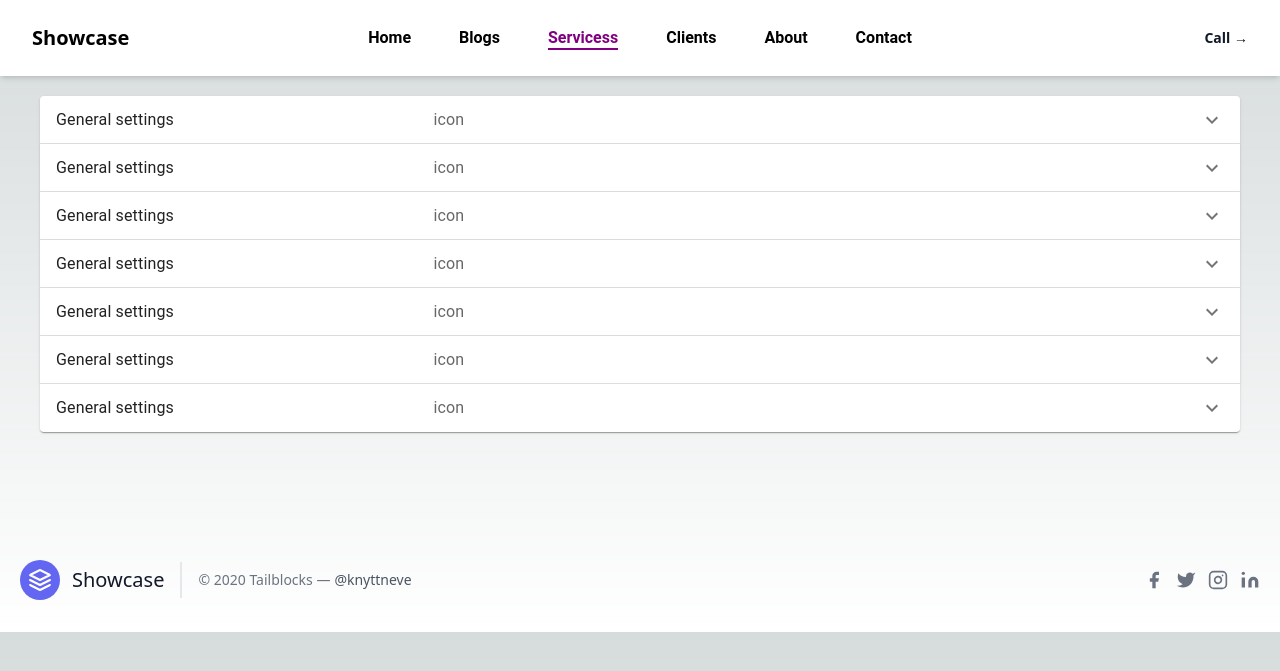
Repository: prashant523580/showcase
Page: /services
These files come from the project's save history. The page is drawn as it stood at one moment and after the next save; the edit follows.
The browser window is 1280 px wide. The pictures show the whole page.
The project was rebuilt for these pictures with package versions that can differ from the ones it lists, and the page was loaded fresh each time. The framework's server and built-in components were replaced by stand-ins that run in the browser. Also part of the build but not shown: next.config.js.

Above is the page before, as saved 2023-03-25 17:55:21.

### src/pages/_app.tsx
import Footer from '@/components/Footer'
import Navbar from '@/components/Navbar'
import React from "react";
import '@/styles/globals.css'
import type { AppProps } from 'next/app'
import AOS from "aos";
import "aos/dist/aos.css"
export default function App({ Component, pageProps }: AppProps) {
  React.useEffect(()=>{
      AOS.init()
  },[])
  return(
<>
    <Navbar/>
    <Component {...pageProps} />
    <Footer/>
</>
    )
}

### src/pages/services.tsx
import * as React from 'react';
import Accordion from '@mui/material/Accordion';
import AccordionDetails from '@mui/material/AccordionDetails';
import AccordionSummary from '@mui/material/AccordionSummary';
import Typography from '@mui/material/Typography';
import ExpandMoreIcon from '@mui/icons-material/ExpandMore';
const services = [
    {
        id:"1",
        label: "What is Lorem Ipsum?",
        icon:"icon",
        description:"Lorem Ipsum is simply dummy text of the printing and typesetting industry. Lorem Ipsum has been the industry&apos;s standard dummy text ever since the 1500s, when an unknown printer took a galley of type and scrambled it to make a type specimen book. It has survived not only five centuries, but also the leap into electronic typesetting, remaining essentially unchanged. It was popularised in the 1960s with the release of Letraset sheets containing Lorem Ipsum passages, and more recently with desktop publishing software like Aldus PageMaker including versions of Lorem Ipsum."
    },
    {
        id:"2",
        label: "What is Lorem Ipsum?",
        icon:"icon",
        description:"Lorem Ipsum is simply dummy text of the printing and typesetting industry. Lorem Ipsum has been the industry&apos;s standard dummy text ever since the 1500s, when an unknown printer took a galley of type and scrambled it to make a type specimen book. It has survived not only five centuries, but also the leap into electronic typesetting, remaining essentially unchanged. It was popularised in the 1960s with the release of Letraset sheets containing Lorem Ipsum passages, and more recently with desktop publishing software like Aldus PageMaker including versions of Lorem Ipsum."
    },
    {
        id:"3",
        label: "What is Lorem Ipsum?",
        icon:"icon",
        description:"Lorem Ipsum is simply dummy text of the printing and typesetting industry. Lorem Ipsum has been the industry&apos;s standard dummy text ever since the 1500s, when an unknown printer took a galley of type and scrambled it to make a type specimen book. It has survived not only five centuries, but also the leap into electronic typesetting, remaining essentially unchanged. It was popularised in the 1960s with the release of Letraset sheets containing Lorem Ipsum passages, and more recently with desktop publishing software like Aldus PageMaker including versions of Lorem Ipsum."
    },
    {
        id:"4",
        label: "What is Lorem Ipsum?",
        icon:"icon",
        description:"Lorem Ipsum is simply dummy text of the printing and typesetting industry. Lorem Ipsum has been the industry&apos;s standard dummy text ever since the 1500s, when an unknown printer took a galley of type and scrambled it to make a type specimen book. It has survived not only five centuries, but also the leap into electronic typesetting, remaining essentially unchanged. It was popularised in the 1960s with the release of Letraset sheets containing Lorem Ipsum passages, and more recently with desktop publishing software like Aldus PageMaker including versions of Lorem Ipsum."
    },
    {
        id:"5",
        label: "What is Lorem Ipsum?",
        icon:"icon",
        description:"Lorem Ipsum is simply dummy text of the printing and typesetting industry. Lorem Ipsum has been the industry&apos;s standard dummy text ever since the 1500s, when an unknown printer took a galley of type and scrambled it to make a type specimen book. It has survived not only five centuries, but also the leap into electronic typesetting, remaining essentially unchanged. It was popularised in the 1960s with the release of Letraset sheets containing Lorem Ipsum passages, and more recently with desktop publishing software like Aldus PageMaker including versions of Lorem Ipsum."
    },
    {
        id:"6",
        label: "What is Lorem Ipsum?",
        icon:"icon",
        description:"Lorem Ipsum is simply dummy text of the printing and typesetting industry. Lorem Ipsum has been the industry&apos;s standard dummy text ever since the 1500s, when an unknown printer took a galley of type and scrambled it to make a type specimen book. It has survived not only five centuries, but also the leap into electronic typesetting, remaining essentially unchanged. It was popularised in the 1960s with the release of Letraset sheets containing Lorem Ipsum passages, and more recently with desktop publishing software like Aldus PageMaker including versions of Lorem Ipsum."
    },
    {
        id:"7",
        label: "What is Lorem Ipsum?",
        icon:"icon",
        description:"Lorem Ipsum is simply dummy text of the printing and typesetting industry. Lorem Ipsum has been the industry&apos;s standard dummy text ever since the 1500s, when an unknown printer took a galley of type and scrambled it to make a type specimen book. It has survived not only five centuries, but also the leap into electronic typesetting, remaining essentially unchanged. It was popularised in the 1960s with the release of Letraset sheets containing Lorem Ipsum passages, and more recently with desktop publishing software like Aldus PageMaker including versions of Lorem Ipsum."
    },
]
export default function Sercices() {
  const [expanded, setExpanded] = React.useState<string | false>(false);

  const handleChange =
    (panel: string) => (event: React.SyntheticEvent, isExpanded: boolean) => {
      setExpanded(isExpanded ? panel : false);
    };

  return (
    <div className='py-24 px-10'>
        {
            services.map((service,ind) => {
                return(

                <Accordion expanded={expanded === `panel${ind}`} onChange={handleChange(`panel${ind}`)}>
                    <AccordionSummary
                    expandIcon={<ExpandMoreIcon />}
                    aria-controls="panel1bh-content"
                    id="panel1bh-header"
                    >
                    <Typography sx={{ width: '33%', flexShrink: 0 }}>
                        General settings
                    </Typography>
                    <Typography sx={{ color: 'text.secondary' }}>{service.icon}</Typography>
                    </AccordionSummary>
                    <AccordionDetails>
                    <Typography>
                       {service.description}
                    </Typography>
                    </AccordionDetails>
                </Accordion>
                )
            })
        }

    </div>
  );
}

### src/components/Footer.tsx
import React from 'react'

export default function Footer() {
  return (
    <footer className="text-gray-600 body-font">
  <div className="container px-5 py-8 mx-auto flex items-center sm:flex-row flex-col">
    <a className="flex title-font font-medium items-center md:justify-start justify-center text-gray-900">
      <svg xmlns="http://www.w3.org/2000/svg" fill="none" stroke="currentColor" stroke-linecap="round" stroke-linejoin="round" stroke-width="2" className="w-10 h-10 text-white p-2 bg-indigo-500 rounded-full" viewBox="0 0 24 24">
        <path d="M12 2L2 7l10 5 10-5-10-5zM2 17l10 5 10-5M2 12l10 5 10-5"></path>
      </svg>
      <span className="ml-3 text-xl">Showcase</span>
    </a>
    <p className="text-sm text-gray-500 sm:ml-4 sm:pl-4 sm:border-l-2 sm:border-gray-200 sm:py-2 sm:mt-0 mt-4">© 2020 Tailblocks —
      <a href="https://twitter.com/knyttneve" className="text-gray-600 ml-1" rel="noopener noreferrer" target="_blank">@knyttneve</a>
    </p>
    <span className="inline-flex sm:ml-auto sm:mt-0 mt-4 justify-center sm:justify-start">
      <a className="text-gray-500">
        <svg fill="currentColor" stroke-linecap="round" stroke-linejoin="round" stroke-width="2" className="w-5 h-5" viewBox="0 0 24 24">
          <path d="M18 2h-3a5 5 0 00-5 5v3H7v4h3v8h4v-8h3l1-4h-4V7a1 1 0 011-1h3z"></path>
        </svg>
      </a>
      <a className="ml-3 text-gray-500">
        <svg fill="currentColor" stroke-linecap="round" stroke-linejoin="round" stroke-width="2" className="w-5 h-5" viewBox="0 0 24 24">
          <path d="M23 3a10.9 10.9 0 01-3.14 1.53 4.48 4.48 0 00-7.86 3v1A10.66 10.66 0 013 4s-4 9 5 13a11.64 11.64 0 01-7 2c9 5 20 0 20-11.5a4.5 4.5 0 00-.08-.83A7.72 7.72 0 0023 3z"></path>
        </svg>
      </a>
      <a className="ml-3 text-gray-500">
        <svg fill="none" stroke="currentColor" stroke-linecap="round" stroke-linejoin="round" stroke-width="2" className="w-5 h-5" viewBox="0 0 24 24">
          <rect width="20" height="20" x="2" y="2" rx="5" ry="5"></rect>
          <path d="M16 11.37A4 4 0 1112.63 8 4 4 0 0116 11.37zm1.5-4.87h.01"></path>
        </svg>
      </a>
      <a className="ml-3 text-gray-500">
        <svg fill="currentColor" stroke="currentColor" stroke-linecap="round" stroke-linejoin="round" stroke-width="0" className="w-5 h-5" viewBox="0 0 24 24">
          <path stroke="none" d="M16 8a6 6 0 016 6v7h-4v-7a2 2 0 00-2-2 2 2 0 00-2 2v7h-4v-7a6 6 0 016-6zM2 9h4v12H2z"></path>
          <circle cx="4" cy="4" r="2" stroke="none"></circle>
        </svg>
      </a>
    </span>
  </div>
</footer>
  )
}

### src/components/Navbar.tsx
// import React from 'react'

// export default function Navbar() {
//   return (
//     <header className="text-gray-600 body-font">
//   <div className="container mx-auto flex flex-wrap p-5 flex-col md:flex-row items-center">
//     <nav className="flex lg:w-2/5 flex-wrap items-center text-base md:ml-auto">
//       <a className="mr-5 hover:text-gray-900">First Link</a>
//       <a className="mr-5 hover:text-gray-900">Second Link</a>
//       <a className="mr-5 hover:text-gray-900">Third Link</a>
//       <a className="hover:text-gray-900">Fourth Link</a>
//     </nav>
//     <a className="flex order-first lg:order-none lg:w-1/5 title-font font-medium items-center text-gray-900 lg:items-center lg:justify-center mb-4 md:mb-0">
//       <svg xmlns="http://www.w3.org/2000/svg" fill="none" stroke="currentColor" stroke-linecap="round" stroke-linejoin="round" stroke-width="2" className="w-10 h-10 text-white p-2 bg-indigo-500 rounded-full" viewBox="0 0 24 24">
//         <path d="M12 2L2 7l10 5 10-5-10-5zM2 17l10 5 10-5M2 12l10 5 10-5"></path>
//       </svg>
//       <span className="ml-3 text-xl">Tailblocks</span>
//     </a>
//     <div className="lg:w-2/5 inline-flex lg:justify-end ml-5 lg:ml-0">
//       <button className="inline-flex items-center bg-gray-100 border-0 py-1 px-3 focus:outline-none hover:bg-gray-200 rounded text-base mt-4 md:mt-0">Button
//         <svg fill="none" stroke="currentColor" stroke-linecap="round" stroke-linejoin="round" stroke-width="2" className="w-4 h-4 ml-1" viewBox="0 0 24 24">
//           <path d="M5 12h14M12 5l7 7-7 7"></path>
//         </svg>
//       </button>
//     </div>
//   </div>
// </header>
//   )
// }
import React, { useState } from 'react'
import {useRouter} from "next/router"
import { Dialog } from '@headlessui/react'
import { Bars3Icon, XMarkIcon } from '@heroicons/react/24/outline'
import Link from 'next/link'

const navigation = [
  { name: 'Home', href: '/' },
  { name: 'Blogs', href: '/blogs' },
  { name: 'Servicess', href: '/services' },
  { name: 'Clients', href: '/clients' },
  { name: 'About', href: '/about' },
  { name: 'Contact', href: '/contact' },
]
function ActiveLink({ children, href } : any) {
  const router = useRouter();
  const style = {
      // padding: 10,
    // marginRight: 10,
    fontWeight:"bold",
    color: router.asPath === href ? 'purple' : 'black',
    boxShadow:  router.asPath === href ? "inset 0 -2px 0 0 purple" : "none",
    fontFamily: "'Roboto', sans-serif",
  }

  const handleClick = (e : any) => {
    e.preventDefault()
    router.push(href)
  }

  return (
    <a href={href} onClick={handleClick} style={style}>
      {children}
    </a>
  )
}
export default function Example() {
  const [mobileMenuOpen, setMobileMenuOpen] = useState(false)

  return (
    <div className="bg-white">
      <header className="absolute shadow-md bg-white inset-x-0 top-0 z-50">
        <nav className="flex items-center justify-between p-6 lg:px-8" aria-label="Global">
          <div className="flex lg:flex-1">
            <Link href="/" className="-m-1.5 p-1.5">
              <span className="sr-only">Showcase</span>
              {/* <img
                className="h-8 w-auto"
                src="https://tailwindui.com/img/logos/mark.svg?color=indigo&shade=600"
                alt=""
              /> */}
              <h1 className='font-bold text-xl'>Showcase</h1>
            </Link>
          </div>
          <div className="flex lg:hidden">
            <button
              type="button"
              className="-m-2.5 inline-flex items-center justify-center rounded-md p-2.5 text-gray-700"
              onClick={() => setMobileMenuOpen(true)}
            >
              <span className="sr-only">Open main menu</span>
              <Bars3Icon className="h-6 w-6" aria-hidden="true" />
            </button>
          </div>
          <div className="hidden lg:flex lg:gap-x-12">
            {navigation.map((item) => (
              <ActiveLink key={item.name} href={item.href}>
                {item.name}
              </ActiveLink>
            ))}
          </div>
          <div className="hidden lg:flex lg:flex-1 lg:justify-end">
            <Link href="tel:+9779816514719" className="text-sm font-semibold leading-6 text-gray-900">
              Call <span aria-hidden="true">&rarr;</span>
            </Link>
          </div>
        </nav>
        <Dialog as="div" className="lg:hidden transition-all" open={mobileMenuOpen} onClose={setMobileMenuOpen}>
          <div className="fixed inset-0 z-50  transition-all" />
          <Dialog.Panel className="fixed transition-all inset-y-0 right-0 z-50 w-full overflow-y-auto bg-white px-6 py-6 sm:max-w-sm sm:ring-1 sm:ring-gray-900/10">
            <div className="flex items-center justify-between">
              <Link href="#" className="-m-1.5 p-1.5">
                <span className="sr-only">Showcase</span>
                <img
                  className="h-8 w-auto"
                  src="https://tailwindui.com/img/logos/mark.svg?color=indigo&shade=600"
                  alt=""
                />
              </Link>
              <button
                type="button"
                className="-m-2.5 rounded-md p-2.5 text-gray-700"
                onClick={() => setMobileMenuOpen(false)}
              >
                <span className="sr-only">Close menu</span>
                <XMarkIcon className="h-6 w-6" aria-hidden="true" />
              </button>
            </div>
            <div className="mt-6 flow-root">
              <div className="-my-6 divide-y divide-gray-500/10">
                <div className="space-y-2 py-6">
                  {navigation.map((item) => (
                    <Link
                      key={item.name}
                      href={item.href}
                      className="-mx-3 block rounded-lg py-2 px-3 text-base font-semibold leading-7 text-gray-900 hover:bg-gray-50"
                    >
                      {item.name}
                    </Link>
                  ))}
                </div>
                <div className="py-6">
                  <Link
                    href="#"
                    className="-mx-3 block rounded-lg py-2.5 px-3 text-base font-semibold leading-7 text-gray-900 hover:bg-gray-50"
                  >
                    Log in
                  </Link>
                </div>
              </div>
            </div>
          </Dialog.Panel>
        </Dialog>
      </header>


    </div>
  )
}

### src/styles/globals.css
@tailwind base;
@tailwind components;
@tailwind utilities;
@import url('https://fonts.googleapis.com/css2?family=Aclonica&family=Caveat&family=DM+Serif+Text&family=Oswald&family=Roboto&family=Vollkorn&display=swap');

:root {
  --max-width: 1100px;
  --border-radius: 12px;
  --font-mono: ui-monospace, Menlo, Monaco, 'Cascadia Mono', 'Segoe UI Mono',
    'Roboto Mono', 'Oxygen Mono', 'Ubuntu Monospace', 'Source Code Pro',
    'Fira Mono', 'Droid Sans Mono', 'Courier New', monospace;

  --foreground-rgb: 0, 0, 0;
  --background-start-rgb: 214, 219, 220;
  --background-end-rgb: 255, 255, 255;

  --primary-glow: conic-gradient(
    from 180deg at 50% 50%,
    #16abff33 0deg,
    #0885ff33 55deg,
    #54d6ff33 120deg,
    #0071ff33 160deg,
    transparent 360deg
  );
  --secondary-glow: radial-gradient(
    rgba(255, 255, 255, 1),
    rgba(255, 255, 255, 0)
  );

  --tile-start-rgb: 239, 245, 249;
  --tile-end-rgb: 228, 232, 233;
  --tile-border: conic-gradient(
    #00000080,
    #00000040,
    #00000030,
    #00000020,
    #00000010,
    #00000010,
    #00000080
  );

  --callout-rgb: 238, 240, 241;
  --callout-border-rgb: 172, 175, 176;
  --card-rgb: 180, 185, 188;
  --card-border-rgb: 131, 134, 135;
}

@media (prefers-color-scheme: dark) {
  :root {
    --foreground-rgb: 255, 255, 255;
    --background-start-rgb: 0, 0, 0;
    --background-end-rgb: 0, 0, 0;

    --primary-glow: radial-gradient(rgba(1, 65, 255, 0.4), rgba(1, 65, 255, 0));
    --secondary-glow: linear-gradient(
      to bottom right,
      rgba(1, 65, 255, 0),
      rgba(1, 65, 255, 0),
      rgba(1, 65, 255, 0.3)
    );

    --tile-start-rgb: 2, 13, 46;
    --tile-end-rgb: 2, 5, 19;
    --tile-border: conic-gradient(
      #ffffff80,
      #ffffff40,
      #ffffff30,
      #ffffff20,
      #ffffff10,
      #ffffff10,
      #ffffff80
    );

    --callout-rgb: 20, 20, 20;
    --callout-border-rgb: 108, 108, 108;
    --card-rgb: 100, 100, 100;
    --card-border-rgb: 200, 200, 200;
  }
}

* {
  box-sizing: border-box;
  padding: 0;
  margin: 0;
}

html,
body {
  max-width: 100vw;
  overflow-x: hidden;

}

body {
  color: rgb(var(--foreground-rgb));
  background: linear-gradient(
      to bottom,
      transparent,
      rgb(var(--background-end-rgb))
    )
    rgb(var(--background-start-rgb));
      /*
    font-family: 'Vollkorn', serif;
    font-family: 'Oswald', sans-serif;
    font-family: 'Aclonica', sans-serif;
    font-family: 'Caveat', cursive;
    font-family: 'DM Serif Text', serif;
    font-family: 'Roboto', sans-serif;
    */
}

a {
  color: inherit;
  text-decoration: none;
}

@media (prefers-color-scheme: dark) {
  html {
    color-scheme: dark;
  }
}

Loaded but not shown: src/pages/_document.tsx (common file); tailwind.config.js (common file)

After the next save:
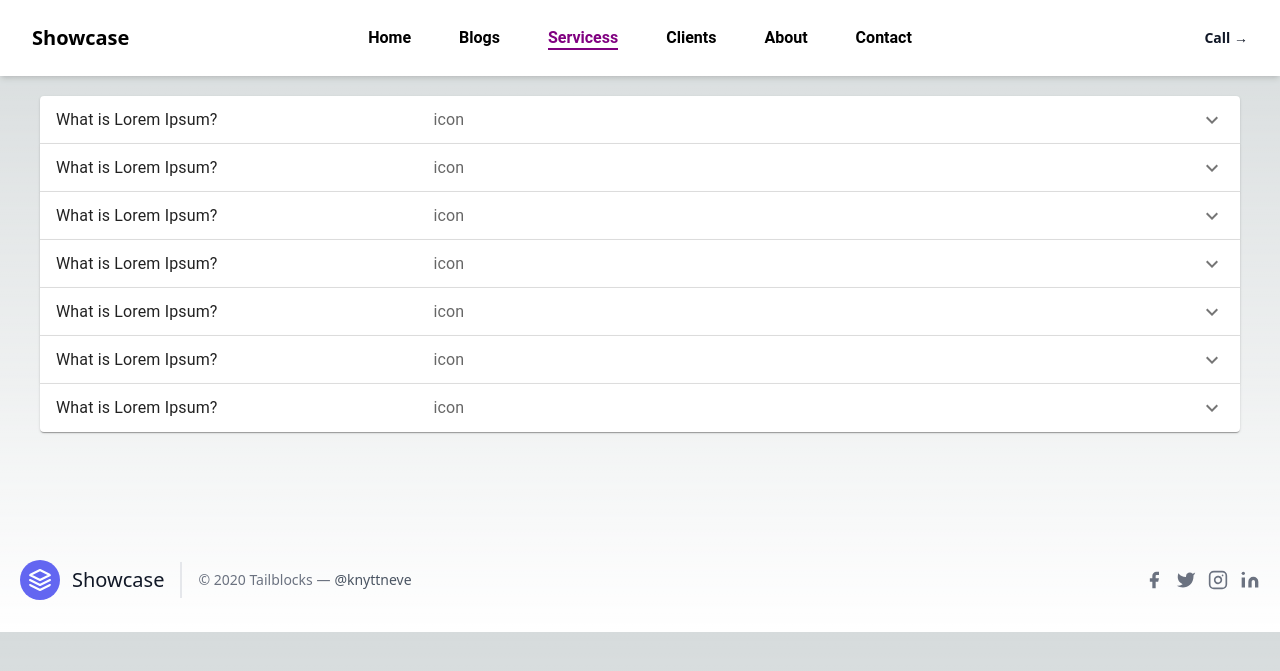
Saved 28 s later.
--- a/src/pages/services.tsx
+++ b/src/pages/services.tsx
@@ -69,7 +69,7 @@ export default function Sercices() {
                     id="panel1bh-header"
                     >
                     <Typography sx={{ width: '33%', flexShrink: 0 }}>
-                        General settings
+                        {service.label}
                     </Typography>
                     <Typography sx={{ color: 'text.secondary' }}>{service.icon}</Typography>
                     </AccordionSummary>
